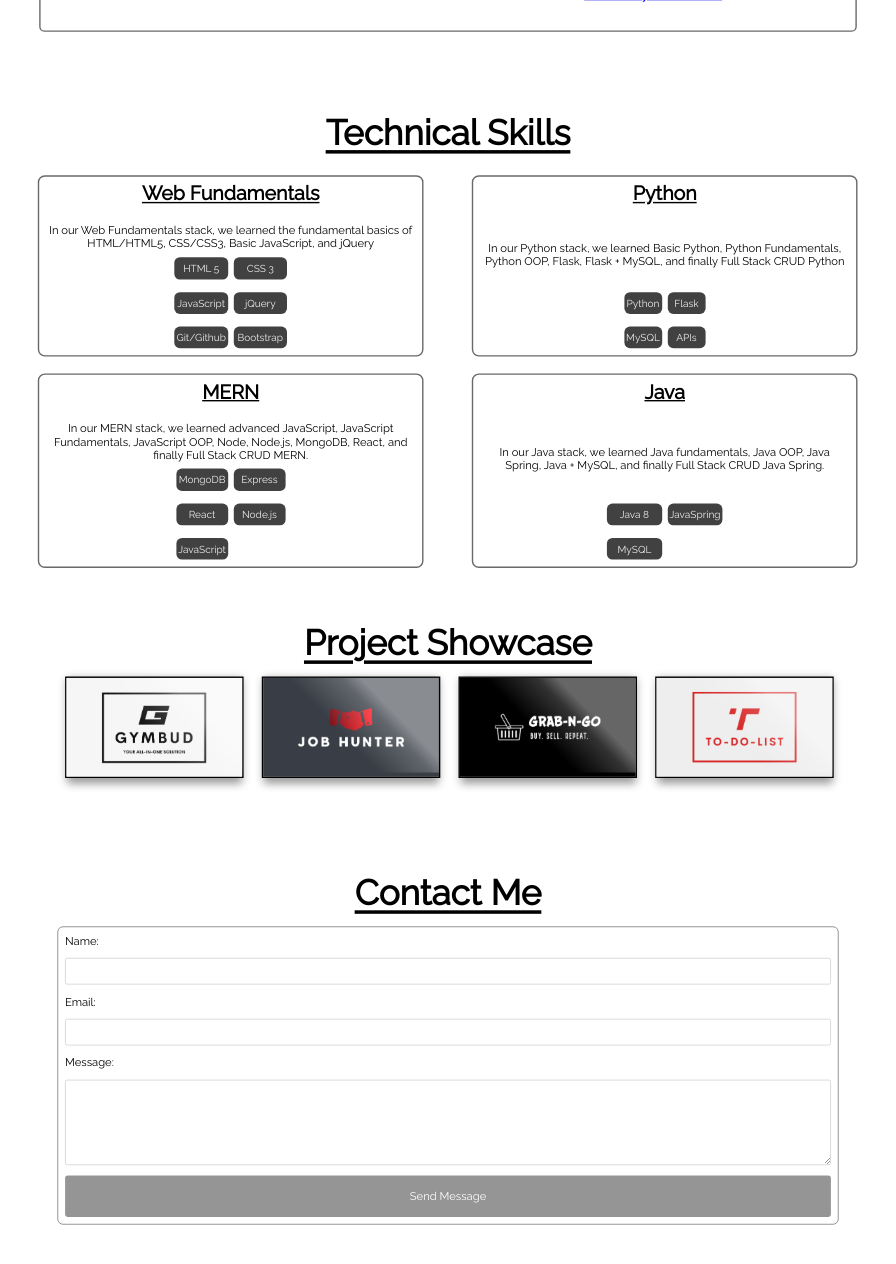
Repository: RICHIE-YIN/Personal-Portfolio
Page: index.html
These files come from the project's save history. The page is drawn as it stood at one moment and after the next save; the edit follows.
The browser window is 1280 px wide. The pictures show the part of the page from y = 2349 to 4269 px (the page is 4155 px tall before and 4269 px after), at 70% of full size.
Some web fonts or font styles are not loaded; a fallback is used.

Above is the page before, as saved 2023-06-12 17:48:16.
Console error: ReferenceError: $ is not defined

After the next save:
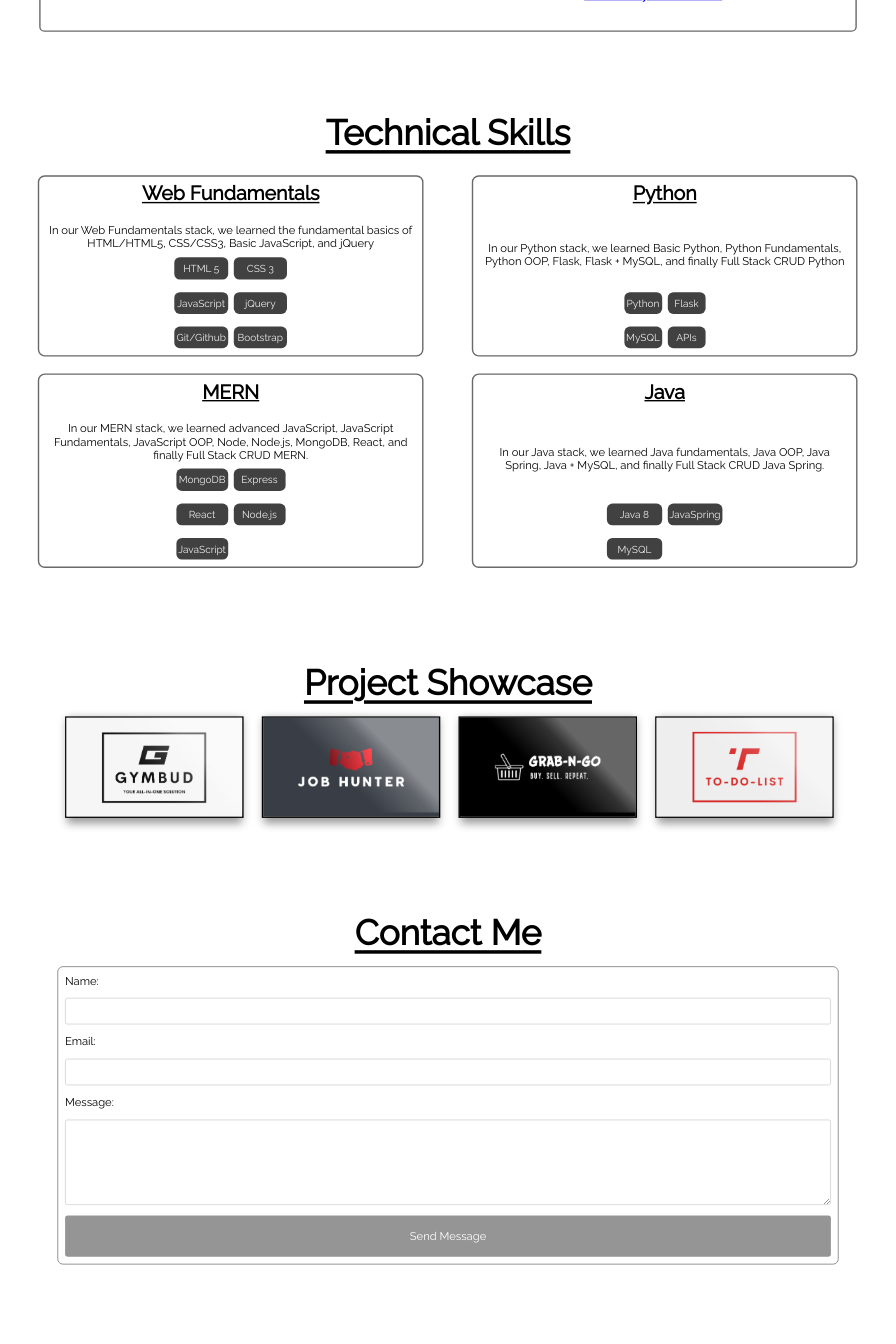
Saved 38 s later.
--- a/index.html
+++ b/index.html
@@ -117,9 +117,12 @@
                 </div>
             </div>
         </div>
-            <br>
-            <br>
-            <br>
+        <br>
+        <br>
+        <br>
+        <br>
+        <br>
+        <br>
         <div class="section5" id="section5">
             <h1 id="project-showcase">Project Showcase</h1>
             <br>
@@ -166,6 +169,9 @@
         <br>
         <br>
         <br>
+        <br>
+        <br>
+        <br>
         <div class="section6">
             <div class="section6-container">
                 <div class="project-popup" id="project1" style="display: none;">
